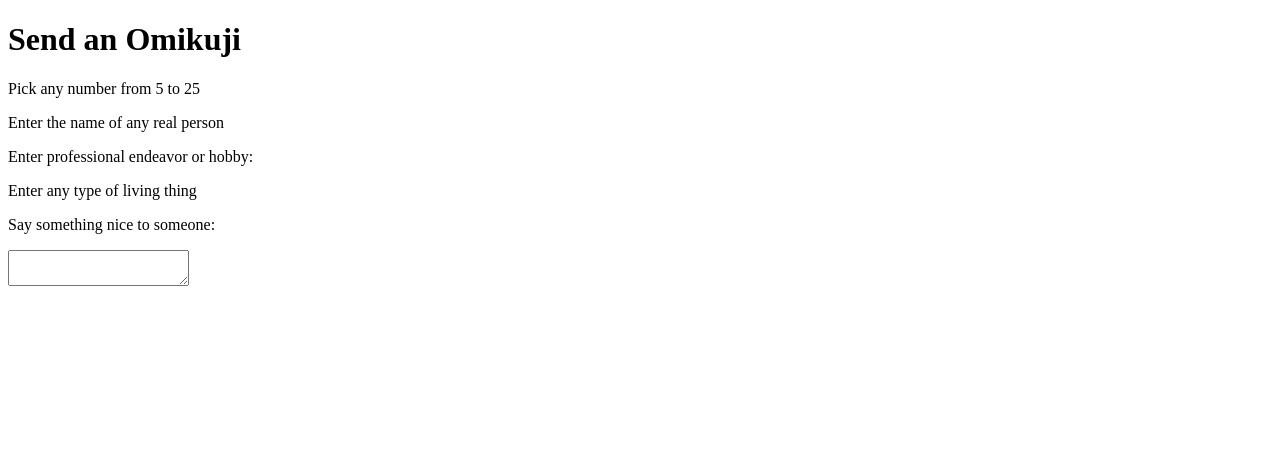
Repository: ShathaMorales/Java-Stack
Page: http://localhost/OmikujiForm/WEB-INF/index.jsp
An editor plug-in stored every save of this project. The page is shown before and after the next save, followed by the edit.
The browser window is 1280 px wide. The pictures show the whole page.
The page is served by Tomcat 9. Nobody is signed in. The template is opened directly, without the code that normally fills it, so the values that code supplies are empty.

Above is the page before, as saved 2023-05-06 09:34:37.

After the next save:
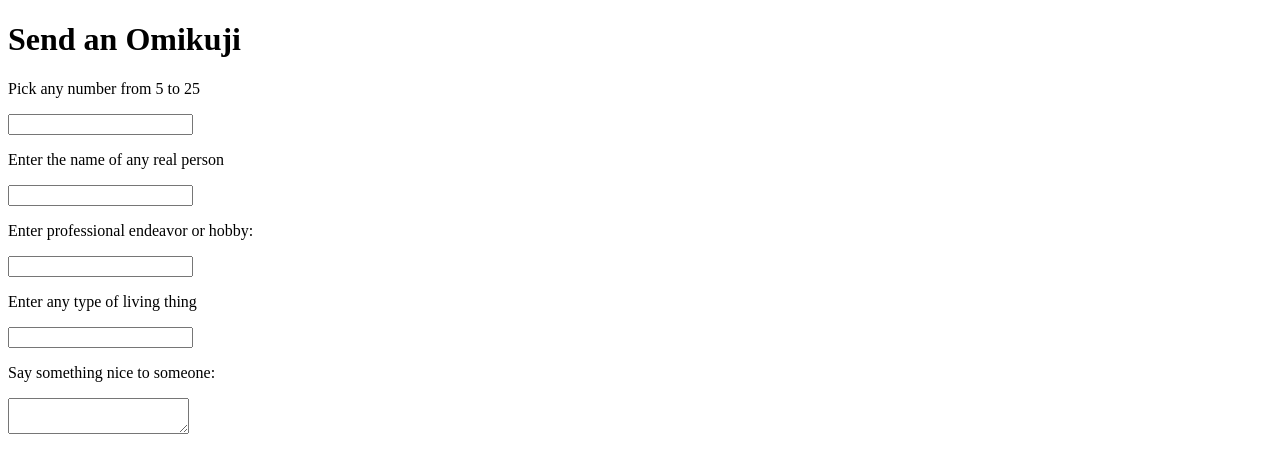
Saved 114 s later.
--- a/_java/JavaSpring/OmikujiForm/OmikujiForm/src/main/webapp/WEB-INF/index.jsp
+++ b/_java/JavaSpring/OmikujiForm/OmikujiForm/src/main/webapp/WEB-INF/index.jsp
@@ -12,16 +12,16 @@
 	<h1>Send an Omikuji</h1>
 	<form action="/" method="POST">
 		<p>Pick any number from 5 to 25</p>
-		<label type="number" name="number"></label>
+		<input type="number" name="number">
 
 		<p>Enter the name of any real person</p>
-		<label type="text" name="name"></label>
+		<input type="text" name="name">
 
 		<p>Enter professional endeavor or hobby:</p>
-		<label type="text" name="hobby"></label>
+		<input type="text" name="hobby">
 
 		<p>Enter any type of living thing</p>
-		<label type="text" name="thing"></label>
+		<input type="text" name="thing">
 
 		<p>Say something nice to someone:</p>
 		<textarea id="textarea" name="textarea"></textarea>
